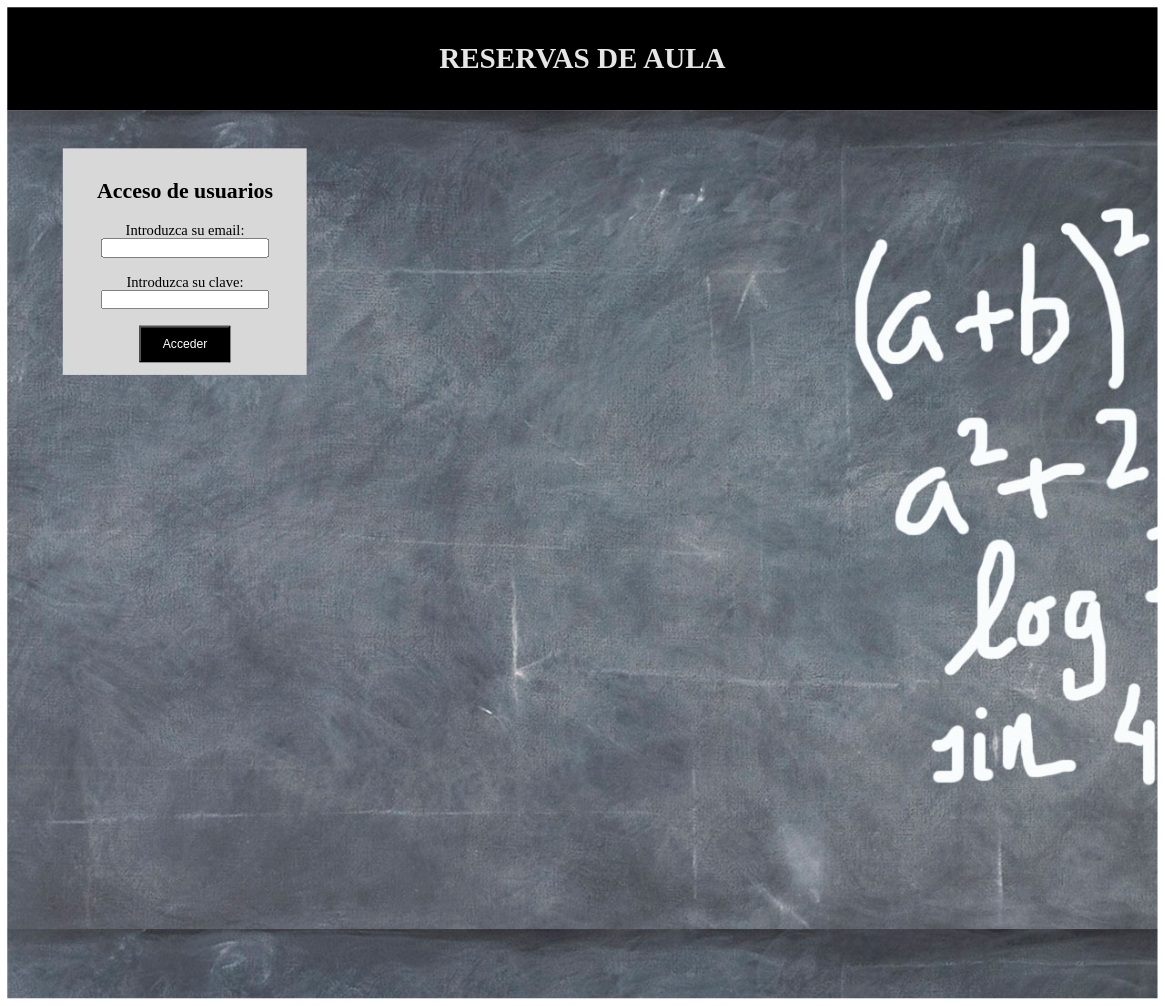
Repository: maguria/Reservas
Page: index.html
The author's editor kept a record of every edit. The page is drawn from the files as they stood at one moment, then again after the next edit.
The browser window is 1280 px wide. The pictures show the whole page, at 91% of full size.

Above is the page before.

### index.html
<!DOCTYPE html>
<html ng-app="reservas">
    <head>
        <meta charset="UTF-8">
        <title></title>
        <script type="text/javascript" src="js/angular.min.js"></script>
        <link rel="stylesheet" href="css/main.css"/>
        <script src="https://ajax.googleapis.com/ajax/libs/jquery/1.12.0/jquery.min.js"></script>
    </head>
    <div class="banda"><h1>RESERVAS DE AULA</h1></div>
    <body>
    <div class="principal">
        <div class="englobaitem l">
        <usuarios-login></usuarios-login>
        </div>
        <div class="englobaitem">
            <div class="item">
            <table class="ocultar" id="tabla">
            <tr>
                <th id="blanco"></th>
                <th id="lunes"><h3>LUNES</h3></th>
                <th id="martes"><h3>MARTES</h3></th>
                <th id="miercoles"><h3>MIÉRCOLES</h3></th>
                <th id="jueves"><h3>JUEVES</h3></th>
                <th id="viernes"><h3>VIERNES</h3></th>
            </tr>
            <tr>
                <th>8:15h</th>
                <td id="L8"></td>
                <td id="M8"></td>
                <td id="X8"></td>
                <td id="J8"></td>
                <td id="V8"></td>
            </tr>
            <tr>
                <th>9:15h</th>
                <td id="L9"></td>
                <td id="M9"></td>
                <td id="X9"></td>
                <td id="J9"></td>
                <td id="V9"></td>
            </tr>
            <tr>
                <th>10:15h</th>
                <td id="L10"></td>
                <td id="M10"></td>
                <td id="X10"></td>
                <td id="J10"></td>
                <td id="V10"></td>
            </tr>
            <tr>
                <th id="11">11:45h</th>
                <td id="L11"></td>
                <td id="M11"></td>
                <td id="X11"></td>
                <td id="J11"></td>
                <td id="V11"></td>
            </tr>
            <tr>
                <th>12:45h</th>
                <td id="L12"></td>
                <td id="M12"></td>
                <td id="X12"></td>
                <td id="J12"></td>
                <td id="V12"></td>
            </tr>
            <tr>
                <th>13:45h</th>
                <td id="L13"></td>
                <td id="M13"></td>
                <td id="X13"></td>
                <td id="J13"></td>
                <td id="V13"></td>
            </tr>
        </table>
        </div>
        <div id="imagen" class="item"><div></div></div>

        </div>
    </div>
  <script src="js/app.js"></script>
  </body>
</html>

### js/app.js
(function () {
    var app = angular.module('reservas', []);


    app.directive('usuariosLogin', ['$http', function($http){
        return {
            restrict: 'E',
            templateUrl: 'plantillas/usuarios-login.html',
            controller: function(){
                var that=this;
                this.usuario={};
                this.tarea={};
                this.tareas=[];
                this.tareasUsu=[];
                this.usuarios=[];
                this.getSemana=function(){
                     $http.get('tarea/ajaxGetSemana.php').success(function(datos) {
                        that.tareas = datos.semana;
                         for(var tarea in that.tareas){
                                $('#'+that.tareas[tarea].id_tarea).addClass('rojo');
                                $('#'+that.tareas[tarea].id_tarea).text(that.tareas[tarea].email);
                     }
                    });
                }
                this.getUsuarios=function(){
                     $http.get('usuarios/ajaxUsuarios.php').success(function(datos) {
                        that.usuarios = datos.usuarios;
                        this.usuarios=that.usuarios;
                    });
                }
                this.usuariosListado=function(){
                    this.getUsuarios();
                    $('#listausuarios').removeClass("ocultar");
                }
                this.tareasUsuario=function(){
                    var listatareasusu=$('#listatareasusu');
                    $http.get('tarea/ajaxTareasUsu.php').success(function(datos) {
                        that.tareasUsu = datos.tareasusuario;
                        this.tareasUsu=that.tareasUsu;
                    });
                      listatareasusu.removeClass("ocultar");
                      $('#asigna').addClass("ocultar");

                }
                this.usuarioLogin = function(){
                var errorLog=$("#errorLog");
                var s=$('#sesion');
                var borde=$("#borde");
                var botones=$("#botones");
                var form=$("#formLogin");
                var tabla=$("#tabla");
                var registro=$("#registro");
                var login=$("#login");
                var asigna=$('#asigna');
                var imagen=$('#imagen');
                var mistareas=$('#mistareas');
                $http.get('usuarios/ajaxLogin.php?email='+this.usuario.email+'&clave='+this.usuario.clave).success(function(datos){

                    function mostrarSesion(){
                        that.usuario = datos.usuario;
                        errorLog.text("Sesión iniciada");
                        s.text(datos.usuario.email);
                        var b=$('<input type="submit" id="btsesion" class="btn btn-success" value="Cerrar sesion"/>');
                        //document.getElementById("imagen").classList.add("ocultar");
                        $('#imagen').addClass("ocultar");
                        $('#login').addClass("ocultar");
                        $('#tabla').addClass("mostrar");
                        $('#tabla').removeClass("ocultar");
                        borde.append(b);
                        borde.addClass("borde");
                        b.on("click",cerrarSesion);

                         function cerrarSesion(){
                             $http.get('usuarios/ajaxSesion.php').success(function(datos){
                                     borde.addClass("ocultar");
                                     botones.addClass("ocultar");
                                     login.removeClass("ocultar");
                                     tabla.addClass("ocultar");
                                     tabla.removeClass("mostrar");
                                     imagen.removeClass("ocultar");
                                     registro.addClass("ocultar");
                                     asigna.addClass("ocultar");
                                     $('#listatareasusu').addClass("ocultar");
                            });
                        }
                     }


                    if(datos.resultado=='ok'){

                        mostrarSesion();
                        var br=$('<input type="submit" id="btasignar" class="btn btn-success" value="Reservar"/>');
                        br.on('click',desplegar);
                        function desplegar(){
                            asigna.removeClass("ocultar");
                            $('#listatareasusu').addClass("ocultar");
                        }

                        botones.append(br);
                        botones.addClass("borde");
                        mistareas.removeClass("ocultar");

                    }
                    else if(datos.resultado=='okAdmin'){
                        mostrarSesion();
                        registro.removeClass("ocultar");
                        if(confirm){
                        $('#tabla td').on('click',function(){
                             $http.get('tarea/ajaxDeleteTareaAdmin.php?id_tarea='+$(this).attr("id")).success(function(datos){
                            if(datos.delete==1){
                            $('#'+datos.id).removeClass("rojo");
                            $('#'+datos.id).text("");
                            for(var i=0;i<that.tareas.length;i++){
                                if(that.tareas[i].id_tarea== $('#'+datos.id).attr("id")){
                                    that.tareas.splice(i,1);
                                    break;
                                }
                        }
                        that.getSemana();
                        }
                         });
                       });
                    }
                    }
                    else if(datos.resultado='no'){
                        errorLog.text("Error de acceso");
                        s.text("");
                        borde.removeClass("borde");
                    }
                });
            };
            this.usuarioRegistro=function(){
                var errorReg=$("#errorReg");
                var fr=$('#formRegistro');
                var em=$('#emailReg').val();
                var cl=$('#claveReg').val();
                var al=$('#aliasReg').val();
                $http.get('usuarios/ajaxInsert.php?email='+em+'&clave='+cl+'&alias='+al).success(function(datos){
                    if(datos.resultado=='ok'){
                        errorReg.text("Usuario dado de alta.");
                        fr.reset();
                        that.usuarios.push(that.usuario);
                        that.getUsuarios();
                    }
                    else if(datos.resultado=='repetido'){
                        errorReg.text("Email repetido");
                    }
                    else if(datos.resultado=='incorrecto'){
                        errorReg.text("Email incorrecto");
                    }
                });
            }
            this.usuarioTarea=function(){
                var resultado=this.radio.dia+this.radio.hora;
                 $http.get('tarea/ajaxInsert.php?res='+resultado).success(function(datos){
                     if(datos.resultado=='ok'){
                         that.tarea.id_tarea=datos.id;
                         that.tarea.email=datos.email;
                         that.tareas.push(that.tarea);
                         that.tarea={};
                          $("#errorTarea").text("");
                         that.getSemana();
                     }
                    else if(datos.resultado=='repetido'){
                       $("#errorTarea").text("Horario ocupado");
                    }
                });

            }
            this.borrarTarea=function(tarea){
                $http.get('tarea/ajaxDeleteTarea.php?id_tarea='+tarea.id_tarea).success(function(datos){
                    if(datos.delete==1){
                        $('#'+tarea.id_tarea).removeClass("rojo");
                        $('#'+tarea.id_tarea).text("");
                        for(var i=0;i<that.tareasUsu.length;i++){
                                if(that.tareasUsu[i].id_tarea== tarea.id_tarea){
                                    that.tareasUsu.splice(i,1);
                                    break;
                                }
                        }

                       /* for(var i=0;i<that.tareas.length;i++){
                                if(that.tareas[i].id_tarea== tarea.id_tarea){
                                    that.tareas.splice(i,1);
                                    break;
                                }
                            }*/
                    that.getSemana();

                    }

                });
            }
            this.borrarUsuario=function(usuario){
                $http.get('usuarios/ajaxDeleteUsuarios.php?email='+usuario.email).success(function(datos){
                    if(datos.delete==1){
                        for(var i=0;i<that.usuarios.length;i++){
                                if(that.usuarios[i]== usuario.email){
                                    that.usuarios.splice(i,1);
                                    break;
                                }
                        }
                      for(var i=0;i<that.tareas.length;i++){
                                if(that.tareas[i].email== usuario.email){
                                    that.tareas.splice(i,1);
                                    break;
                                }
                        }
                    that.getUsuarios();
                    that.getSemana();

                    }

                });
            }

            this.getSemana();
            this.getUsuarios();
            },
            controllerAs:'cUsuarios'
        };
    }]);

     app.directive('usuariosListado', function(){
        return {
            restrict: 'E',
            templateUrl: 'plantillas/usuarios-listado.html'
        };
    });
     app.directive('usuariosRegistro', function(){
        return {
            restrict: 'E',
            templateUrl: 'plantillas/usuarios-registro.html'
        };
    });
    app.directive('usuariosTarea', function(){
        return {
            restrict: 'E',
            templateUrl: 'plantillas/usuarios-tarea.html'
        };
    });
     app.directive('tareasUsuario', function(){
        return {
            restrict: 'E',
            templateUrl: 'plantillas/tareas-usuario.html'
        };
    });
     app.directive('listatareasUsuario', function(){
        return {
            restrict: 'E',
            templateUrl: 'plantillas/listatareas-usuario.html'
        };
    });

})();

### plantillas/usuarios-login.html

<div id="login" class="itemlogin">
   <h2>Acceso de usuarios</h2>
    <form class="navbar-form navbar-right" id="formLogin">
           Introduzca su email: <input id="email" type="text" ng-model="cUsuarios.usuario.email"><br/><br/>
           Introduzca su clave:  <input id="clave" type="password" ng-model="cUsuarios.usuario.clave"><br/><br/>
           <div class="boton"><button id="btlogin" type="submit" class="btn btn-success btlogin" ng-click="cUsuarios.usuarioLogin()">Acceder</button></div>
    </form>

</div>
<usuarios-registro></usuarios-registro>
<div id="borde">
    <p id="errorLog"></p>
    <p id="sesion"></p>
</div>
<div id="botones"><tareas-usuario></tareas-usuario></div>
<listatareas-usuario></listatareas-usuario>
<div id="asigna" class="itemlogin ocultar borde">
<usuarios-tarea></usuarios-tarea>
</div>

### plantillas/usuarios-registro.html
<div id="registro" class="itemlogin ocultar">
   <h2>Registro de usuarios</h2>
    <form class="navbar-form navbar-right" id="formRegistro">
            Introduzca su email: <input id="emailReg" type="text"><br/><br/>
            Introduzca su clave: <input id="claveReg" type="password"><br/><br/>
            Introduzca su alias: <input id="aliasReg" type="text"><br/><br/>
             <div class="boton"><button id="btregistro" type="submit" class="btn btn-success btlogin" ng-click="cUsuarios.usuarioRegistro()">Registrarse</button></div>
    </form>

    <p id="errorReg"></p>
     <div class="boton"><button id="btusuarios" type="submit" class="btn btn-success btlogin" ng-click="cUsuarios.usuariosListado()">Usuarios</button></div>

    <usuarios-listado></usuarios-listado>
</div>

### plantillas/tareas-usuario.html
<div id="mistareas" class="ocultar">
    <form class="navbar-form navbar-right" id="formLogin">
           <div class="boton"><button id="btlogin" type="submit" class="btn btn-success btlogin" ng-click="cUsuarios.tareasUsuario()">Mis reservas</button></div>
    </form>
</div>

### plantillas/listatareas-usuario.html

   <div id="listatareasusu" class="ocultar">
    <div ng-repeat="tarea in cUsuarios.tareasUsu">
        <table id="usutar"><tr><td>{{tarea.id_tarea}}</td><td><button id="btdelete" type="submit" class="btn btn-success btmenor" ng-click="cUsuarios.borrarTarea(tarea)">Borrar</button></td></tr></table>

        <div id="emailtarea">{{tarea.email}}</div>

</div>
</div>

### plantillas/usuarios-tarea.html

    <form class="navbar-form navbar-right" id="formAsignar">
        <h2>Seleccione día y hora</h2>
                <ul>
                    <li>Lunes <input type="radio" name="diaTarea" value="L" ng-model="cUsuarios.radio.dia"></li>
                    <li>Martes <input type="radio" name="diaTarea" value="M" ng-model="cUsuarios.radio.dia"></li>
                    <li>Miércoles <input type="radio" name="diaTarea" value="X" ng-model="cUsuarios.radio.dia"></li>
                    <li>Jueves <input type="radio" name="diaTarea" value="J" ng-model="cUsuarios.radio.dia"></li>
                    <li>Viernes <input type="radio" name="diaTarea" value="V" ng-model="cUsuarios.radio.dia"></li>

                </ul>
                <ul>
                    <li>8:15  <input type="radio" name="horaTarea" value="8" ng-model="cUsuarios.radio.hora"></li>
                    <li>9:15  <input type="radio" name="horaTarea" value="9" ng-model="cUsuarios.radio.hora"></li>
                    <li>10:15  <input type="radio" name="horaTarea" value="10" ng-model="cUsuarios.radio.hora"></li>
                    <li>11:45 <input type="radio" name="horaTarea" value="11" ng-model="cUsuarios.radio.hora"></li>
                    <li>12:45 <input type="radio" name="horaTarea" value="12" ng-model="cUsuarios.radio.hora"></li>
                    <li>13:45 <input type="radio" name="horaTarea" value="13" ng-model="cUsuarios.radio.hora"></li>
                </ul>
 <div class="boton"><button id="bttarea" type="submit" class="btn btn-success btlogin" ng-click="cUsuarios.usuarioTarea()">Reservar</button></div>
    </form>
    <p id="errorTarea"></p>

### plantillas/usuarios-listado.html

   <div id="listausuarios" class="ocultar">
    <div ng-repeat="usuario in cUsuarios.usuarios">
        <table id="usu"><tr><td>{{usuario.email}}</td><td><button id="btdelete" type="submit" class="btn btn-success btmenor" ng-click="cUsuarios.borrarUsuario(usuario)">Borrar</button></td></tr></table>

</div>
</div>

Loaded but not shown: js/angular.min.js (library); css/main.css (155 lines, source omitted)

After the next edit:
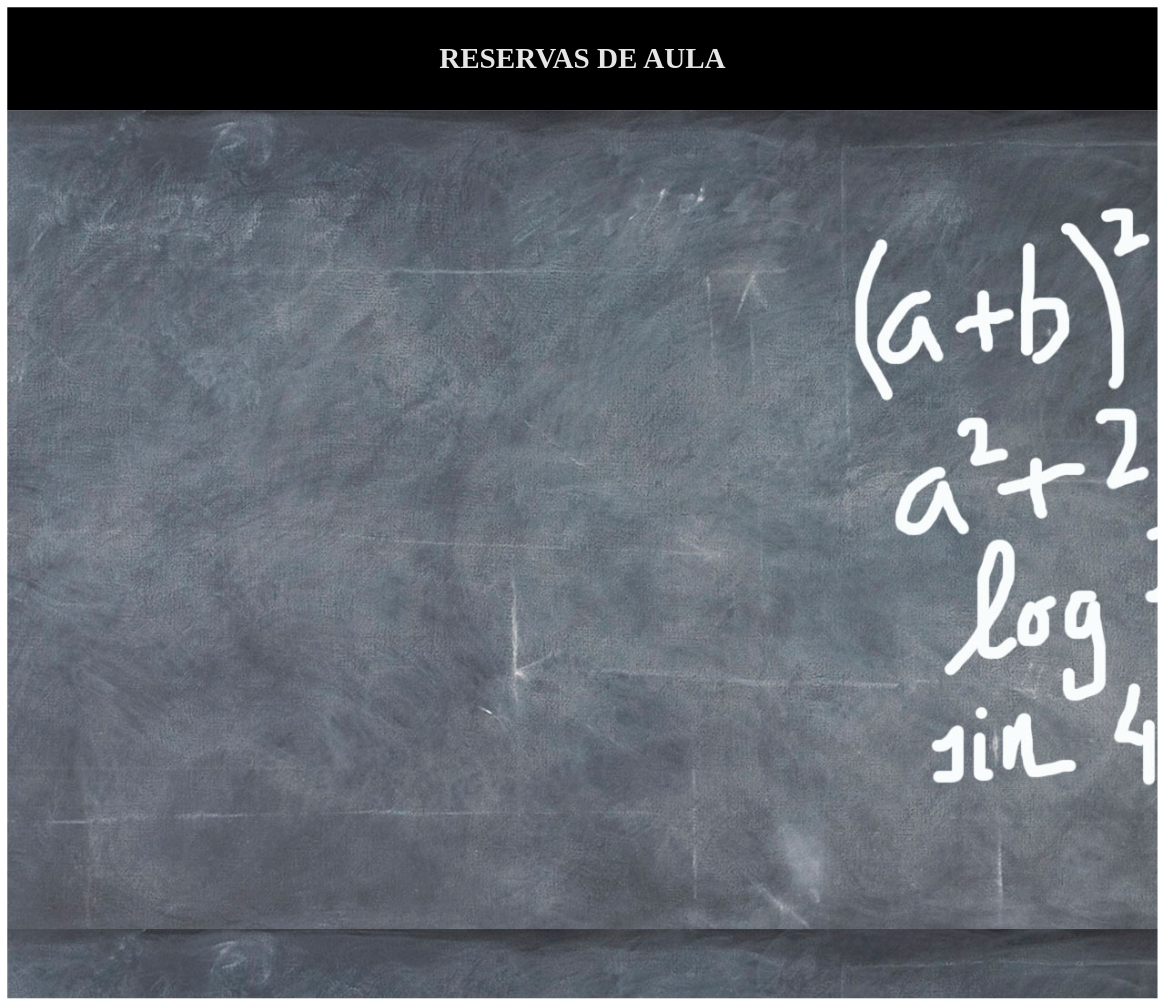
Console error: SyntaxError: Unexpected token ')'
The edit:
--- a/js/app.js
+++ b/js/app.js
@@ -104,8 +104,9 @@
                     else if(datos.resultado=='okAdmin'){
                         mostrarSesion();
                         registro.removeClass("ocultar");
-                        if(confirm){
+
                         $('#tabla td').on('click',function(){
+                            if(confirm("¿Estás seguro de borrar esta tarea?")){
                              $http.get('tarea/ajaxDeleteTareaAdmin.php?id_tarea='+$(this).attr("id")).success(function(datos){
                             if(datos.delete==1){
                             $('#'+datos.id).removeClass("rojo");

After the edit that followed:
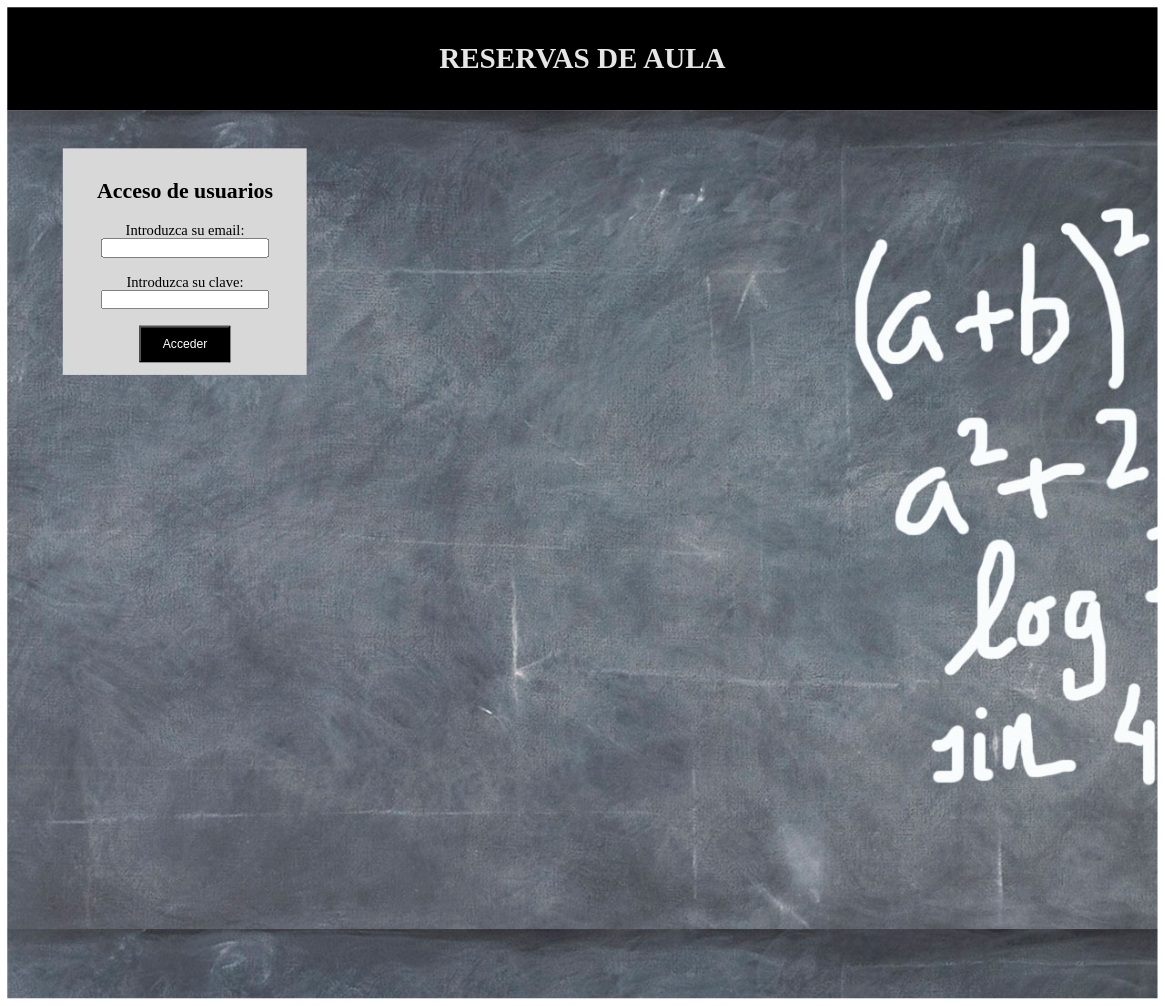
The error is gone.
The edit:
--- a/js/app.js
+++ b/js/app.js
@@ -120,8 +120,8 @@
                         that.getSemana();
                         }
                          });
+                        }
                        });
-                    }
                     }
                     else if(datos.resultado='no'){
                         errorLog.text("Error de acceso");
